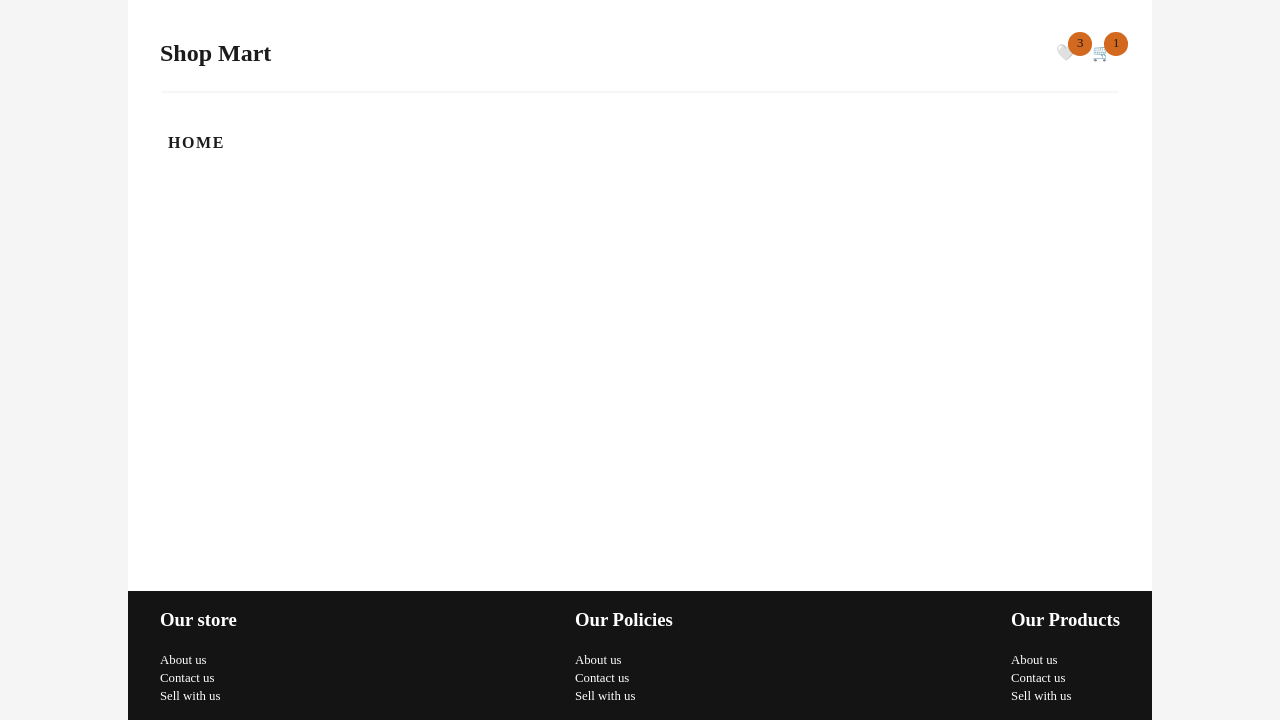
Repository: MeowCeline00/comp3170-lab-1
Page: /
The author's editor kept a copy of each file at every save. The page is drawn from the files as they stood at one save, then again after the next save.
The browser window is 1280 px wide. The pictures show the whole page.
The project was rebuilt for these pictures with package versions that can differ from the ones it lists, and the page was loaded fresh each time. Also part of the build but not shown: vite.config.js.

Above is the page before, as saved 2024-09-11 13:55:37.

After the next save:
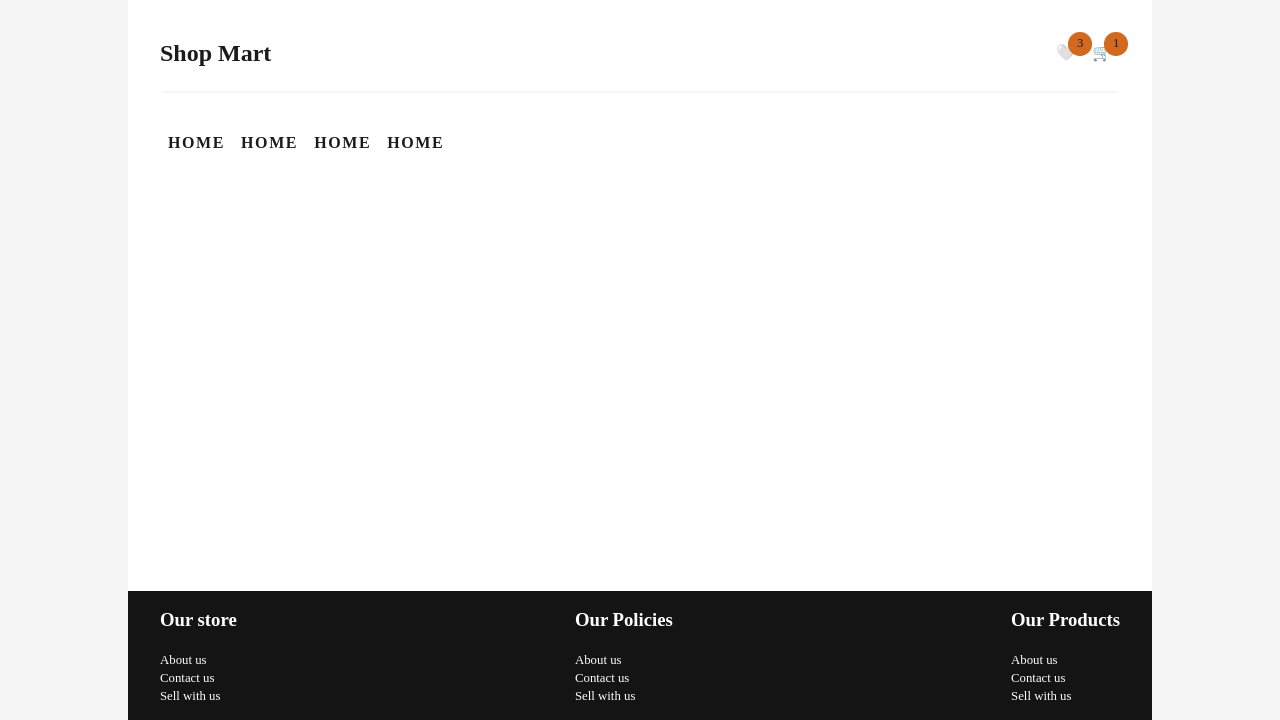
Saved 11 s later.
--- a/src/App.jsx
+++ b/src/App.jsx
@@ -20,6 +20,9 @@ function App() {
             </div>
             <div>
               <nav>
+                <button>home</button>
+                <button>home</button>
+                <button>home</button>
                 <button>home</button>
 
               </nav>
